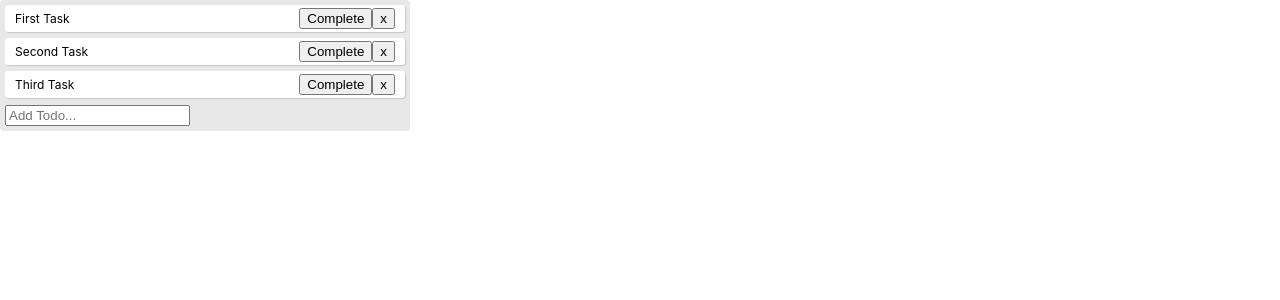
Repository: raphaelconstantino/todo-instances
Page: /
These files come from the project's save history. The page is drawn as it stood at one moment and after a run of saves; the edit follows.
The browser window is 1280 px wide. The pictures show the whole page.
The project was rebuilt for these pictures with package versions that can differ from the ones it lists, and the page was loaded fresh each time.

Above is the page before, as saved 2019-10-18 13:10:55.

### src/App.js
import React, { useState } from 'react';
import './App.css'

function Todo({ todo, index, completeTodo, deleteTodo }) {
  return (
    <div style={{ textDecoration: todo.isCompleted ? 'line-through' : '' }} className="todo">
      {todo.text}
      <div>
        <button onClick={() => completeTodo(index)}>Complete</button>
        <button onClick={() => deleteTodo(index)}>x</button>
      </div>
    </div>
  )
}

function TodoForm({ addTodo }) {
  const [value, setValue] = useState('');

  const handleSubmit = e => {
    e.preventDefault();
    if (!value) return;
    addTodo(value);
    setValue('');
  }

  return (
    <form onSubmit={handleSubmit}>
      <input type="text" placeholder="Add Todo..." className="input" value={value} onChange={e => setValue(e.target.value)} />
    </form>
  )
}

function App() {
  const [todos, setTodos] = useState([
    {
      text: "First Task",
      isCompleted: false
    },
    {
      text: "Second Task",
      isCompleted: false
    },
    {
      text: "Third Task",
      isCompleted: false
    }
  ]);

  const addTodo = text => {
    const newTodos = [...todos, { text }];
    setTodos(newTodos)
  }

  const completeTodo = index => {
    const newTodos = [...todos];
    newTodos[index].isCompleted = true;
    setTodos(newTodos);
  }

  const deleteTodo = index => {
    const newTodos = [...todos];
    newTodos.splice(index, 1)
    setTodos(newTodos);
  }

  return (
    <div className="app">
      <div className="todo-list">
        {
          todos.map((todo, index) => (
            <Todo key={index} index={index} todo={todo} completeTodo={completeTodo} deleteTodo={deleteTodo} />
          ))
        }
        <TodoForm addTodo={addTodo} />
      </div>
    </div>
  )
}

export default App;

### src/App.css
.todo-list {
  background: #e8e8e8;
  border-radius: 4px;
  padding: 5px;
  max-width: 400px;
}

.todo {
  background: #fff;
  box-shadow: 1px 1px 1px rgba(0, 0, 0, 0.15);
  padding: 3px 10px;
  font-size: 12px;
  margin-bottom: 6px;
  border-radius: 3px;
  display: flex;
  align-items: center;
  justify-content: space-between;
}

Loaded but not shown: public/index.html (common file); src/index.js (common file); src/index.css (common file); src/serviceWorker.js (common file)

After the next 2 saves:
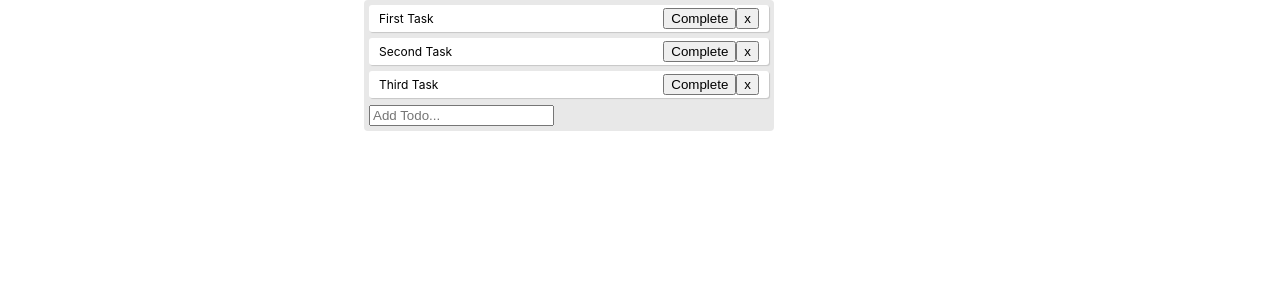
The 2 saves are shown as one change because 1 did not build or start.
The last was saved 11 min 31 s later.
--- a/src/App.js
+++ b/src/App.js
@@ -1,4 +1,6 @@
 import React, { useState } from 'react';
+import Container from '@material-ui/core/Container';
+
 import './App.css'
 
 function Todo({ todo, index, completeTodo, deleteTodo }) {
@@ -64,16 +66,18 @@ function App() {
   }
 
   return (
-    <div className="app">
-      <div className="todo-list">
-        {
-          todos.map((todo, index) => (
-            <Todo key={index} index={index} todo={todo} completeTodo={completeTodo} deleteTodo={deleteTodo} />
-          ))
-        }
-        <TodoForm addTodo={addTodo} />
+    <Container maxWidth="sm">
+      <div className="app">
+        <div className="todo-list">
+          {
+            todos.map((todo, index) => (
+              <Todo key={index} index={index} todo={todo} completeTodo={completeTodo} deleteTodo={deleteTodo} />
+            ))
+          }
+          <TodoForm addTodo={addTodo} />
+        </div>
       </div>
-    </div>
+    </Container>
   )
 }
 
